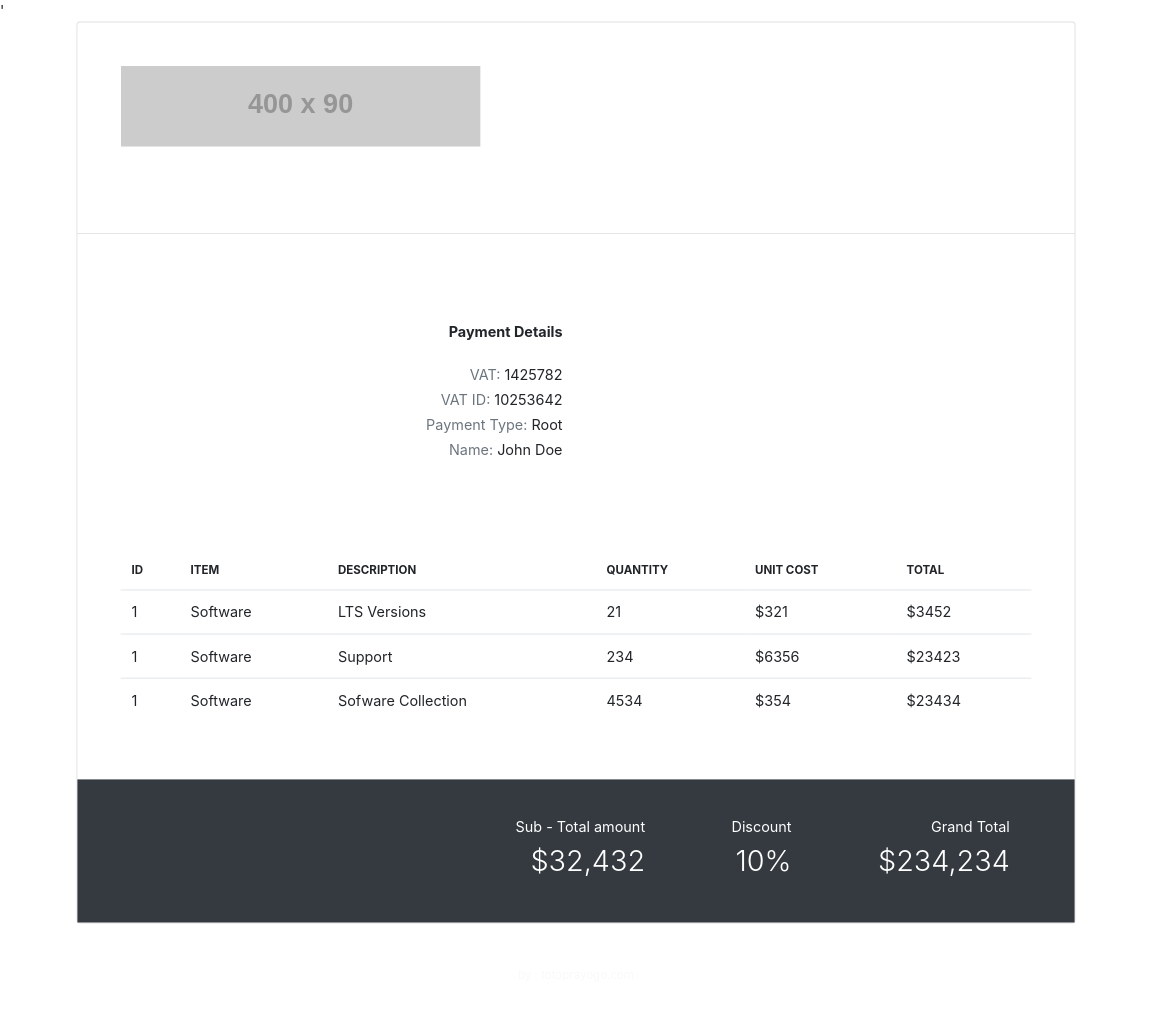
Repository: kim-byoungkwan/OpenBanking
Page: http://localhost/SemiFinalProject/jsp/board/boardList.jsp
These files come from the project's save history. The page is drawn as it stood at one moment and after the next save; the edit follows.
The browser window is 1280 px wide. The pictures show the whole page, at 90% of full size.
Some web libraries are served in a nearby version. The page is served by Tomcat 9.

Above is the page before, as saved 2022-07-31 14:48:57.
Console error: TypeError: Cannot read properties of undefined (reading 'fn')

After the next save:
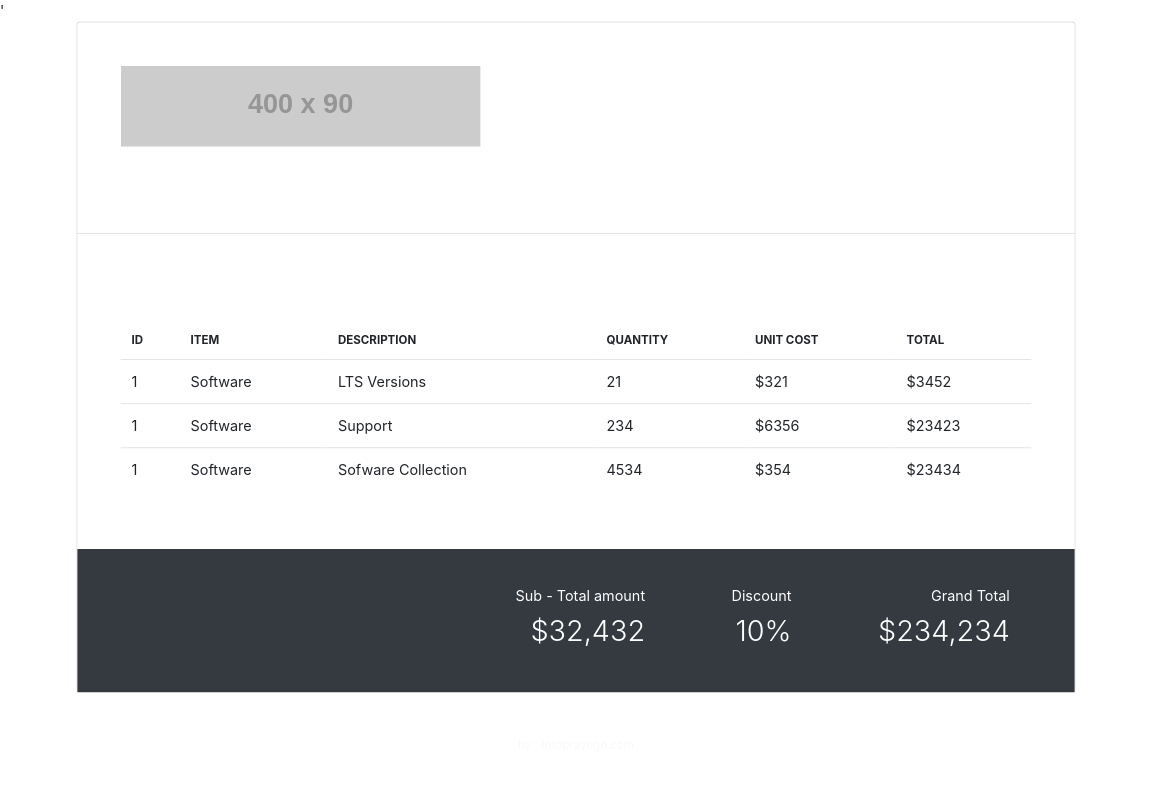
Saved 19 s later.
--- a/SemiFinalProject/src/main/webapp/jsp/board/boardList.jsp
+++ b/SemiFinalProject/src/main/webapp/jsp/board/boardList.jsp
@@ -27,18 +27,6 @@
                     </div>
 
                     <hr class="my-5">
-
-                    <div class="row pb-5 p-5">
-
-
-                        <div class="col-md-6 text-right">
-                            <p class="font-weight-bold mb-4">Payment Details</p>
-                            <p class="mb-1"><span class="text-muted">VAT: </span> 1425782</p>
-                            <p class="mb-1"><span class="text-muted">VAT ID: </span> 10253642</p>
-                            <p class="mb-1"><span class="text-muted">Payment Type: </span> Root</p>
-                            <p class="mb-1"><span class="text-muted">Name: </span> John Doe</p>
-                        </div>
-                    </div>
 
                     <div class="row p-5">
                         <div class="col-md-12">
